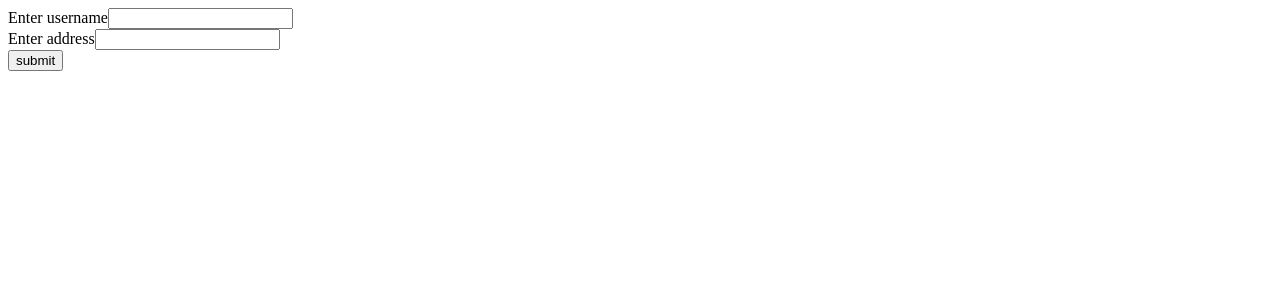
Repository: azizrepo/simpllilearn
Page: FirstServlet/FirstServlet/index.html
The author's editor kept a copy of each file at every save. The page is drawn from the files as they stood at one save, then again after the next save.
The browser window is 1280 px wide. The pictures show the whole page.

Above is the page before, as saved 2020-10-18 14:29:15.

After the next save:
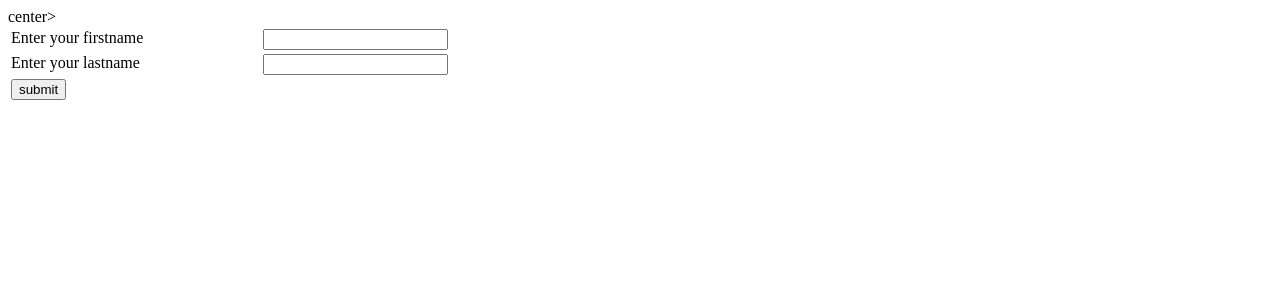
Saved 94 s later.
--- a/FirstServlet/FirstServlet/index.html
+++ b/FirstServlet/FirstServlet/index.html
@@ -6,15 +6,29 @@
 </head>
 <body>
 
-<form action="/FirstServlet/MyGenericServlet" method="post">
+center>
+                <form name=frmName method="post" action="/FirstServlet/MyGenericServlet">
+                        <table width="50%" border="0">
+                                <tr valign="top">
+                                        <td width="40%">Enter your firstname</td>
+                                        <td><input name="username" id="fname" maxlength=30></td>
+                                </tr>
+                                <tr valign="top">
+                                        <td width="40%">Enter your lastname</td>
+                                        <td><input name="address" id="lname" maxlength=30></td>
+                                </tr>
+                                        <tr valign="top">
+                                        <td colspan=2 width="100%">
+                                               <input type="submit" name="submit" value="submit">
 
-Enter username<input type="text" name="username" ><br>
-Enter address<input type="text" name="address" ><br>
+                                        </td>
 
-<input type="submit" name="submit" value="submit">
+                                </tr>
+                        </table>
+                </form>
+        </center>
 
 
-</form>
 
 
 </body>
